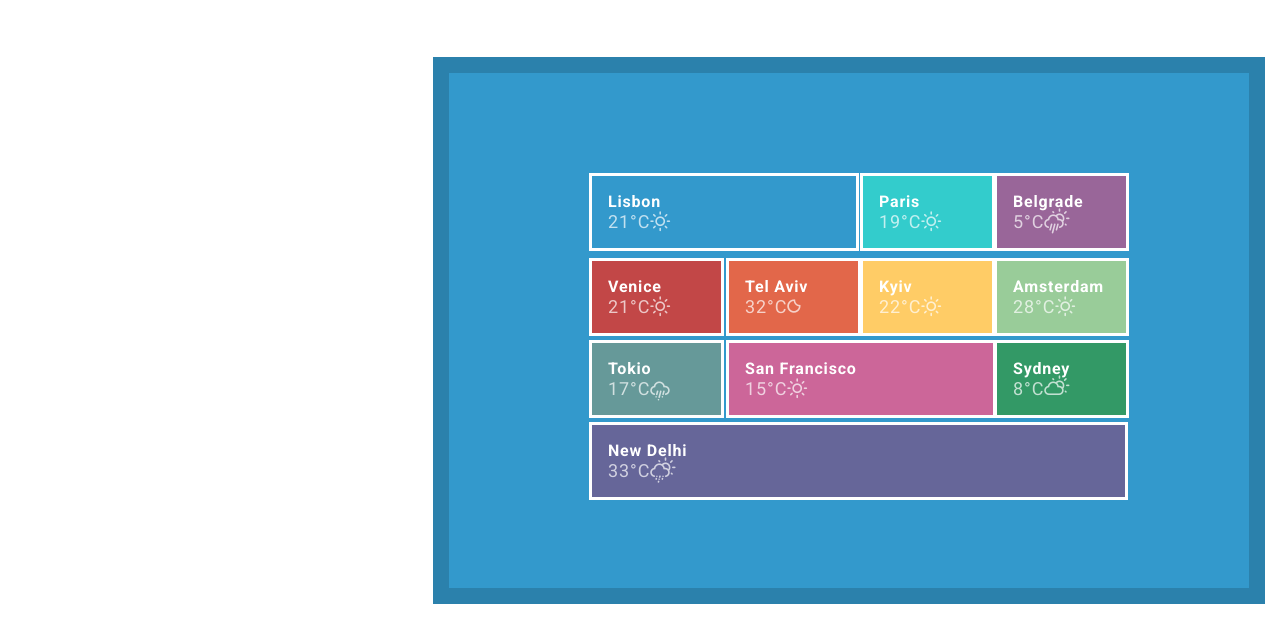
Repository: shpakovskaya/github.io
Page: boxsizing/weatherforecast/index.html
The author's editor kept a copy of each file at every save. The page is drawn from the files as they stood at one save, then again after the next save.
The browser window is 1280 px wide. The pictures show the whole page.

Above is the page before, as saved 2021-11-29 21:05:44.

After the next save:
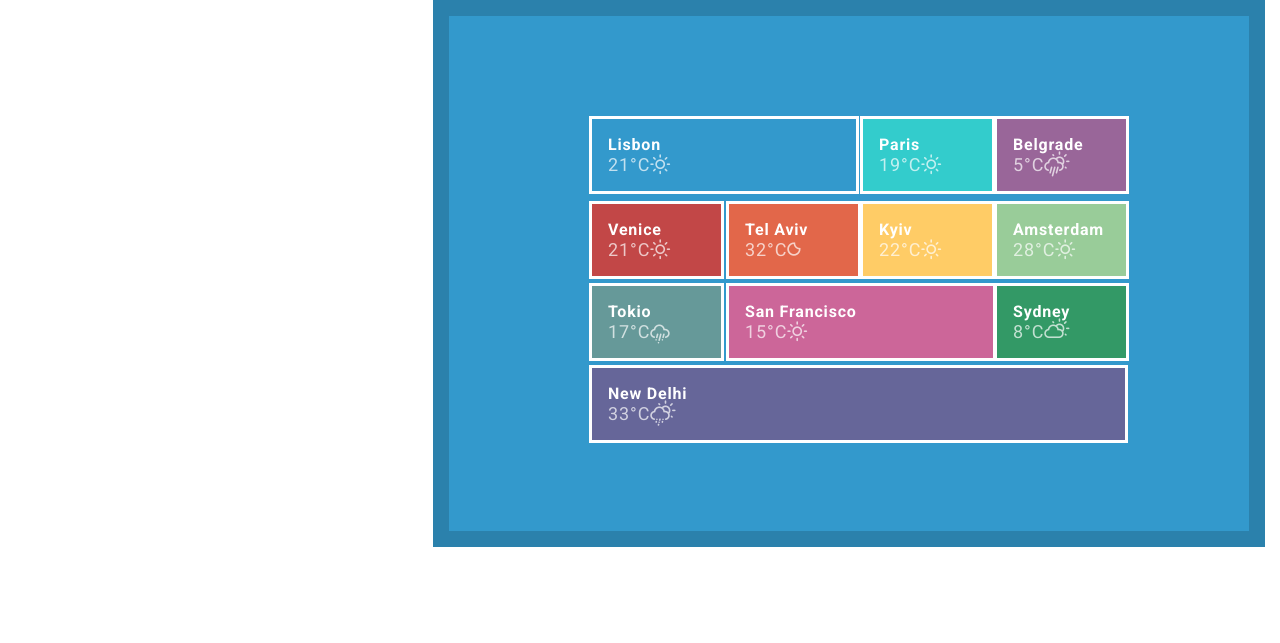
Saved 3 min 34 s later.
--- a/boxsizing/weatherforecast/style.css
+++ b/boxsizing/weatherforecast/style.css
@@ -8,7 +8,7 @@
   width: 832px;
   height: 547px;
   position: relative;
-  top: 57px;
+  top: 0px;
   left: 433px;
   border: 16px solid #2b81ac;
   background-color: #3399cc;
